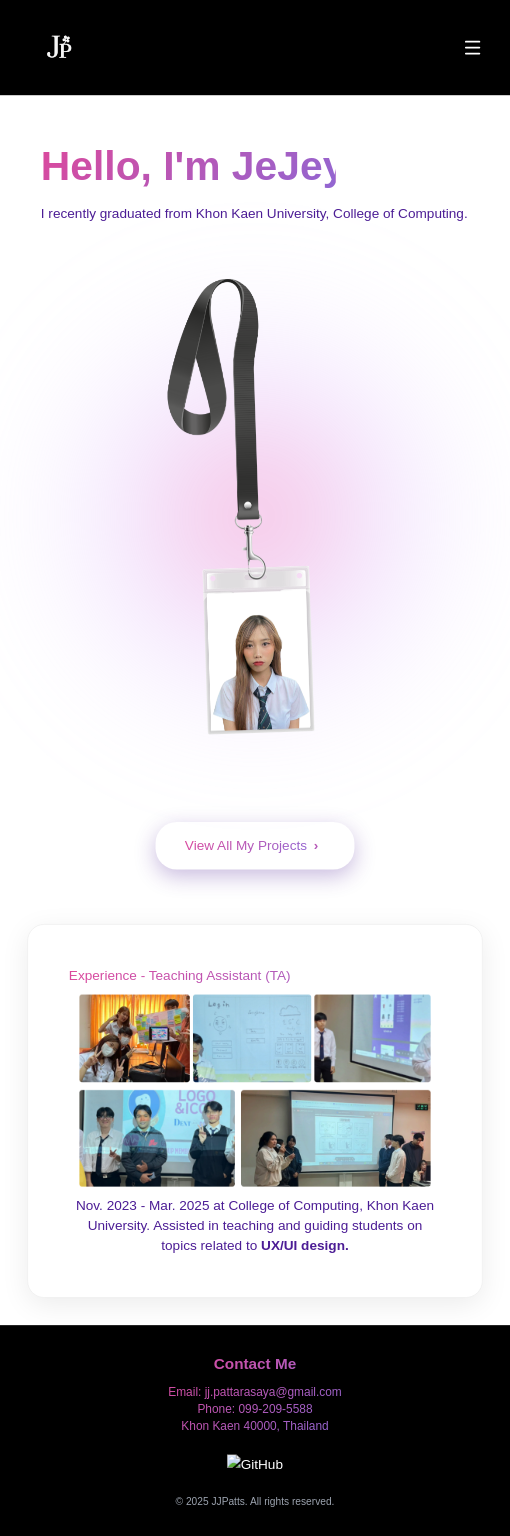
Repository: PattarasayaJJ/Portfolio-jjpatts
Page: /
An editor plug-in stored every save of this project. The page is shown before and after the next save, followed by the edit.
The browser window is 600 px wide. The pictures show the whole page, at 85% of full size.
The project was rebuilt for these pictures with package versions that can differ from the ones it lists, and the page was loaded fresh each time. Also part of the build but not shown: vite.config.js, vite.config.ts, src/header.css, src/work.css, src/components/Works.jsx, src/components/Aboutme.jsx.

Above is the page before, as saved 2025-08-03 23:17:15.

### index.html
<!doctype html>
<html lang="en">
  <head>
    <meta charset="UTF-8" />
    <link rel="icon" type="image/svg+xml" href="/JPtab.png" />
    <meta name="viewport" content="width=device-width, initial-scale=1.0" />
    <title>JJPatts Portfolio</title>
  </head>
  <body>
    <div id="root"></div>
    <script type="module" src="/src/index.jsx"></script>
  </body>
</html>

### src/index.css
@import 'tailwindcss/base';
@import 'tailwindcss/components';
@import 'tailwindcss/utilities';
@import url('https://fonts.googleapis.com/css2?family=Kanit:wght@400;700&display=swap');

*{
   font-family: 'Kanit', sans-serif;

}

### src/App.jsx
import React from 'react';
import { BrowserRouter as Router, Routes, Route } from 'react-router-dom';
import { Header } from './components/Header';
import { Hero } from './components/Hero';
import { Works } from './components/Works';
import { Aboutme } from './components/Aboutme' ;
import { Footer } from './components/Footer';
export function App() {
  return (
    <Router>
      <div className="w-full min-h-screen bg-white">
        <Header />
        <main className="w-full">
          <Routes>
            <Route path="/" element={<><Hero /> </>} />
            <Route path="/works" element={<><Works /></>}/>
            <Route path="/aboutme" element={<Aboutme />} />


          </Routes>
        </main>
        <Footer />

      </div>
    </Router>
  );
}

### src/components/Header.jsx
import React, { useState } from 'react';
import { Link, useLocation } from 'react-router-dom';
import { MenuIcon, XIcon } from 'lucide-react';
import '../header.css';

export function Header() {
  const [isMenuOpen, setIsMenuOpen] = useState(false);
  const location = useLocation();

  const isActive = (path) => location.pathname === path;

  return (
    <header className="w-full bg-black py-4 px-8 relative">
      <div className="max-w-7xl mx-auto flex justify-between items-center">
        <Link to="/">
          <div className="flex items-center">
            <img src="/JP.png" alt="logo" className="w-20" />
          </div>
        </Link>

        <nav className="hidden md:flex space-x-8">
          <Link
            to="/"
            className={`font-medium px-8 py-2 rounded-full ${
              isActive('/') ? 'bg-white text-purple-600' : 'gradient-text'
            }`}
            style={isActive('/') ? { color: '#4c1d95' } : {}}
          >
            Home
          </Link>
          <Link
            to="/works"
            className={`font-medium px-8 py-2 rounded-full ${
              isActive('/works') ? 'bg-white text-purple-600' : 'gradient-text'
            }`}
            style={isActive('/works') ? { color: '#4c1d95' } : {}}
          >
            My Projects
          </Link>
          <Link
            to="/aboutme"
            className={`font-medium px-8 py-2 rounded-full ${
              isActive('/aboutme') ? 'bg-white text-purple-600' : 'gradient-text'
            }`}
            style={isActive('/aboutme') ? { color: '#4c1d95' } : {}}
          >
            About me
          </Link>
        </nav>

        <button className="md:hidden text-white" onClick={() => setIsMenuOpen(!isMenuOpen)}>
          {isMenuOpen ? <XIcon size={24} /> : <MenuIcon size={24} />}
        </button>
      </div>

      <div
        className={`
          fixed top-0 right-0 w-64 h-full bg-black z-50 transform transition-transform duration-300 ease-in-out
          ${isMenuOpen ? 'translate-x-0' : 'translate-x-full'}
          md:hidden
        `}
      >
        <div className="p-6">
          <button className="text-white mb-8" onClick={() => setIsMenuOpen(false)}>
            <XIcon size={24} />
          </button>
          <nav className="flex flex-col space-y-6">
            <Link
              to="/"
              className={`font-medium px-6 py-2 rounded-full block text-center ${
                isActive('/') ? 'bg-white text-purple-600' : 'gradient-text'
              }`}
              style={isActive('/') ? { color: '#4c1d95' } : {}}
              onClick={() => setIsMenuOpen(false)}
            >
              Home
            </Link>
            <Link
              to="/works"
              className={`font-medium px-6 py-2 rounded-full block text-center ${
                isActive('/works') ? 'bg-white text-purple-600' : 'gradient-text'
              }`}
              style={isActive('/works') ? { color: '#4c1d95' } : {}}
              onClick={() => setIsMenuOpen(false)}
            >
              My Projects
            </Link>
            <Link
              to="/aboutme"
              className={`font-medium px-6 py-2 rounded-full block text-center ${
                isActive('/aboutme') ? 'bg-white text-purple-600' : 'gradient-text'
              }`}
              style={isActive('/aboutme') ? { color: '#4c1d95' } : {}}
              onClick={() => setIsMenuOpen(false)}
            >
              About me
            </Link>
          </nav>
        </div>
      </div>

      {isMenuOpen && (
        <div
          className="fixed inset-0 bg-black bg-opacity-50 z-40 md:hidden"
          onClick={() => setIsMenuOpen(false)}
        />
      )}
    </header>
  );
}

### src/components/Hero.jsx
import React from 'react';
import '../hero.css';
import { Link } from 'react-router-dom';

export const Hero = () => {
  return (
    <>
      <section className="hero-section">
        <div className="hero-container">
          <div className="hero-left">
            <div className="hero-text-box">
              <span className="hero-name typing gradient-text">Hello, I'm JeJey.</span>
              <p className="hero-quote">
                I recently graduated from Khon Kaen University, College of Computing.
              </p>
            </div>


          </div>

          <div className="hero-left">
            <div className="hero-image-wrapper">
              <img
                src="/card1.png"
                alt="Portfolio character illustration"
                className="hero-main-image"
              />
            </div>
          </div>
        </div>

         <Link
              to="/works"
              className="moreproject"
              onClick={() => window.scrollTo({ top: 0, behavior: 'instant' })}
            >
              <span className="gradient-text">View All My Projects</span>
              <span className="arrow-icon gradient-text">›</span>
            </Link>
      </section>

      <section className="hero-section">
        <div className="final-project-card-ex">
          <h2 className="final-project-title gradient-text">
            Experience - Teaching Assistant (TA)
          </h2>
          <div className="final-project-content">
            <div className="final">
              <img
                src="/ta.png"
                alt="TA Presentation"
                className="bottom-image"
              />
            </div>
            <p className="bottom-caption">
              Nov. 2023 - Mar. 2025 at College of Computing, Khon Kaen University.
              Assisted in teaching and guiding students on topics related to{' '}
              <span className="uxui">UX/UI design.</span>
            </p>
          </div>
        </div>
      </section>
    </>
  );
};

### src/components/Footer.jsx
import React from 'react';

export function Footer() {
  return (
    <footer className="w-full bg-black text-white py-8 px-8">
  <div className="max-w-7xl mx-auto flex flex-col md:flex-row justify-between items-center space-y-6 md:space-y-0">

        <div className="text-center md:text-left gradient-text ">
          <h2 className="text-lg font-semibold">Contact Me</h2>
          <p className="text-sm mt-2">Email: jj.pattarasaya@gmail.com</p>
          <p className="text-sm">Phone: 099-209-5588</p>
          <p className="text-sm">Khon Kaen 40000, Thailand</p>

        </div>

        <div className="flex space-x-4 ">
        <a href="https://github.com/PattarasayaJJ" target="_blank" rel="noopener noreferrer">
        <img src="https://github.githubassets.com/favicons/favicon.png" alt="GitHub" />

  </a>

        </div>
      </div>

      <div className="text-center text-xs text-gray-400 mt-6 ">
        © {new Date().getFullYear()} JJPatts. All rights reserved.
      </div>
    </footer>
  );
}

### src/hero.css
.hero-section {
  max-width: 80rem;
    margin: 0 auto;
    padding: 2rem;
}

.hero-container {
  max-width: 80rem;
  margin: 0 auto;
  display: flex;
  flex-direction: column;
  gap: 2rem;
  justify-content: space-between;
  align-items: center;
}

.hero-image-wrapper {
  position: relative;
  z-index: 10;
  overflow: visible;
}

.moreproject {
   width: fit-content;
  height: 3.5rem;
  border-radius: 25px;
  display: flex;
  align-items: center;
  justify-content: center;
  font-size: 1rem;
  cursor: pointer;
  transition: all 0.3s ease;
  text-decoration: none;
  margin: 4rem auto 0;
  box-shadow: 0 8px 25px rgba(76, 29, 149, 0.3);
  padding: 0 2rem;
  border: 2px solid transparent;
  position: relative;
  overflow: hidden;
  animation: pulseMove 2s ease-in-out infinite;
}

.moreproject:hover {
  background-color: black;
  transform: scale(1.08);
}

.arrow-icon {
  padding: 0.5rem;
  font-weight: bold;
}

@keyframes gradientShift {
  0% {
    background: radial-gradient(
      circle at center,
      rgba(244, 114, 182, 0.5),
      rgba(216, 180, 255, 0.3),
      transparent 70%
    );
  }
  50% {
    background: radial-gradient(
      circle at center,
      rgba(129, 140, 248, 0.5),
      rgba(216, 180, 255, 0.4),
      transparent 70%
    );
  }
  100% {
    background: radial-gradient(
      circle at center,
      rgba(244, 114, 182, 0.5),
      rgba(216, 180, 255, 0.3),
      transparent 70%
    );
  }
}


.hero-image-wrapper::before {
  content: "";
  position: absolute;
  top: 50%;
  left: 50%;
  width: 150%;
  height: 150%;
  transform: translate(-50%, -50%);
  filter: blur(80px);
  z-index: 5;
  pointer-events: none;
  animation: gradientShift 5s ease-in-out infinite;
}



.hero-left {
  position: relative;
  width: 100%;
}

@media (min-width: 768px) {

  .hero-container {
    flex-direction: row;
  }
  .hero-left {
    width: 50%;
  }
  .final-project-card-ex {
   background: #ffffff;
  border-radius: 20px;
  padding: 3rem;
  box-shadow: 0 8px 32px rgba(0, 0, 0, 0.08);
  border: 1px solid #f0f0f0;
  display: flex;
  flex-direction: column;

}
  .hero-right {
    width: 50%;
    text-align: right;
  }
}





.hero-text-box {
  color: #4c1d95;
  max-width: 36rem;
  margin-left: auto;
}



.hero-quote {
  font-size: 1.125rem;
  margin-bottom: 1rem;

}

.hero-name {
  font-weight: 700;
  margin-top: 1rem;


}




@keyframes swingImage {
  0% {
    transform: rotate(0deg);
  }
  25% {
    transform: rotate(-3deg);
  }
  50% {
    transform: rotate(0deg);
  }
  75% {
    transform: rotate(3deg);
  }
  100% {
    transform: rotate(0deg);
  }
}

.hero-main-image {
  width: 100%;
  max-width: 28rem;
  margin: 0 auto;
  position: relative;
  z-index: 20;
  animation: swingImage 5s ease-in-out infinite;
  transform-origin:center;
}


@media (max-width: 767px) {
  .hero-image-wrapper::before {
    width: 100%;
    height: 100%;
    filter: blur(60px);
  }
  .hero-main-image {
    width: 90%;
    max-width: 20rem;
  }

  .hero-text-box {
    max-width: 100%;
    margin-left: 0;
    padding: 0 1rem;
  }
  .hero-quote {
    font-size: 1rem;

  }

  .bottom-caption {
    font-size: 1rem;
    color: #4c1d95;
    align-self: center;
    text-align: center;

  }
  .uxui{
    font-size: 1rem;
    color: #4c1d95;
    text-align: center;
    line-height: 1.5;
    font-weight: bold;

  }
  .final-project-card-ex {
  background: #ffffff;
  border-radius: 20px;
  padding: 3rem;
  box-shadow: 0 8px 32px rgba(0, 0, 0, 0.08);
  border: 1px solid #f0f0f0;
  display: flex;
  flex-direction: column;
  }
  .interest{
    list-style: none;
    color: #4c1d95;

  }
  li{
    font-size: 1rem;
    color: #4d1d95a2;
    line-height: 1.8rem;

  }

}







  @media (min-width: 768px) {
    .experience-title {
      text-align: left;
      font-size: 1.5rem;
    }
  }



  @media (min-width: 768px) {
    .bottom-image {
      width:400px;
      max-width: 700px;
      border-radius: 1rem;
    }


    .bottom-caption {
      font-size: 1.125rem;
      color: #4c1d95;
      align-self: center;
      text-align: center;

    }
    .uxui{
      font-size: 1.125rem;
      color: #4c1d95;
      text-align: center;
      line-height: 1.5;
      font-weight: bold;

    }
  }



  .hero-name{
    font-size: 3rem;
  }

  .typing {
    display: inline-block;
    overflow: hidden;
    white-space: nowrap;
    animation: typing 2s steps(13) forwards;
  }

  @keyframes typing {
    from { width: 0 }
    to { width: 13ch }
  }

### src/aboutme.css
.about-container {
  max-width: 1200px;
  margin: 0 auto;
  padding: 2rem 1rem;
  background-color: #ffffff;
}

.breadcrumb {
  margin-bottom: 1rem;
  font-size: 1rem;
  color: #4B5563;
  display: flex;
  align-items: center;
}

.breadcrumb-link {
  color: #4B5563;
  text-decoration: none;
}

.breadcrumb-link:hover {
  text-decoration: underline;
}


.breadcrumb-separator {
  margin: 0 0.5rem;
}

.breadcrumb-current {
  font-weight: bold;
  color: #4c1d95;
}

.about-content {
  display: grid;
  grid-template-columns: 1fr 2fr;
  gap: 3rem;
  align-items: start;
}

.profile-section {
  display: flex;
  flex-direction: column;
  gap: 2rem;
}

.profile-card {
  background: #ffffff;
  border-radius: 20px;
  padding: 1rem;
  box-shadow: 0 8px 32px rgba(0, 0, 0, 0.08);
  border: 1px solid #f0f0f0;
  text-align: center;
}

.avatar-container {
  display: flex;
  flex-direction: column;
  align-items: center;
}

.avatar-wrapper {
  width: 200px;
  height: 200px;
  transition: transform 0.3s ease;
}

.avatar-wrapper:hover {
  transform: scale(1.05);
}

.avatar-img {
  width: 100%;
  height: 100%;
  object-fit: contain;
}

.profile-name {
  font-size: 1.5rem;
  color: #4c1d95;
  margin: 0;
}

.profile-title {
  font-size: 1rem;
  color: #6b46c1;
  margin: 0;
}

.email {
  font-size: 1rem;
  color: #6b7280;
  margin-bottom: 10px;
}

.social-icons {
  display: flex;
  justify-content: center;
  gap: 1rem;
}

.social-link {
  display: flex;
  align-items: center;
  justify-content: center;
  width: 40px;
  height: 40px;
  box-shadow: 0 8px 32px rgba(0, 0, 0, 0.08);
  border-radius: 50%;
  transition: all 0.3s ease;
}

.social-link:hover {
  transform: translateY(-2px);
  box-shadow: 0 4px 12px rgba(107, 70, 193, 0.3);
}

.social-icons img {
  width: 20px;
  height: 20px;
}

.education-card {
  background: #ffffff;
  border-radius: 20px;
  padding: 2rem;
  box-shadow: 0 8px 32px rgba(0, 0, 0, 0.08);
  border: 1px solid #f0f0f0;
}

.education-content {
  margin-top: 1rem;
}

.degree {
  font-size: 1rem;
  color: #4c1d95;
  margin: 0 0 0.5rem 0;
}

.university {
  font-size: 1rem;
  color: #4c1d95;
  margin: 0 0 0.25rem 0;
}

.graduation {
  font-size: 0.9rem;
  color: #6b7280;
  margin: 0;
}

.skills-section {
  display: flex;
  flex-direction: column;
}

.skills-grid {
  display: grid;
  grid-template-columns: 1fr;
  gap: 2rem;
}

.skill-category {
  background: #ffffff;
  border-radius: 20px;
  padding: 2rem;
  box-shadow: 0 8px 32px rgba(0, 0, 0, 0.08);
  border: 1px solid #f0f0f0;
  border-left: 5px solid #ffdff3;
}

.section-title,
.category-title {
  font-size: 1rem;
  margin: 0 0 1.5rem 0;
  display: flex;
  align-items: center;
}

.gradient-text {
  background: linear-gradient(135deg, #DD489B, #9067D3);
  -webkit-background-clip: text;
  -webkit-text-fill-color: transparent;
  background-clip: text;
}

.skills-list {
  display: flex;
  flex-wrap: wrap;
  gap: 0.75rem;
}

.skill-tag {
  background: linear-gradient(135deg, #e5d4ff, #f3e8ff);
  color: #6b46c1;
  padding: 0.5rem 1rem;
  border-radius: 20px;
  font-size: 0.8rem;
  border: 1px solid #e5d4ff;
  transition: all 0.3s ease;
  cursor: default;
}

.skill-tag:hover {
  background: linear-gradient(135deg, #ddd6fe, #e5d4ff);
  transform: translateY(-2px);
  box-shadow: 0 4px 12px rgba(107, 70, 193, 0.2);
}

@media (max-width: 1024px) {
  .about-content {
    grid-template-columns: 1fr;
    gap: 2rem;
  }

  .skills-grid {
    grid-template-columns: repeat(2, 1fr);
  }
}

@media (max-width: 768px) {
  .about-container {
    padding: 1.5rem 1rem;
  }

  .about-content {
    gap: 1.5rem;
  }

  .skills-grid {
    grid-template-columns: 1fr;
    gap: 1.5rem;
  }

  .profile-card,
  .education-card,
  .skill-category {
    padding: 1.5rem;
  }

  .avatar-wrapper {
    width: 150px;
    height: 150px;
  }

  .profile-name {
    font-size: 1.25rem;
  }

  .profile-title {
    font-size: 0.9rem;
  }

  .section-title,
  .category-title {
    font-size: 1.1rem;
  }

  .skill-tag {
    font-size: 0.8rem;
    padding: 0.4rem 0.8rem;
  }
}

@media (max-width: 480px) {

  .profile-card,
  .education-card,
  .skill-category {
    padding: 1.25rem;
  }

  .avatar-wrapper {
    width: 120px;
    height: 120px;
  }

  .profile-name {
    font-size: 1rem;
  }

  .skills-list {
    gap: 0.5rem;
  }

  .skill-tag {
    font-size: 0.75rem;
    padding: 0.35rem 0.7rem;
  }
}

Loaded but not shown: src/index.jsx (common file); tailwind.config.js (common file)

After the next save:
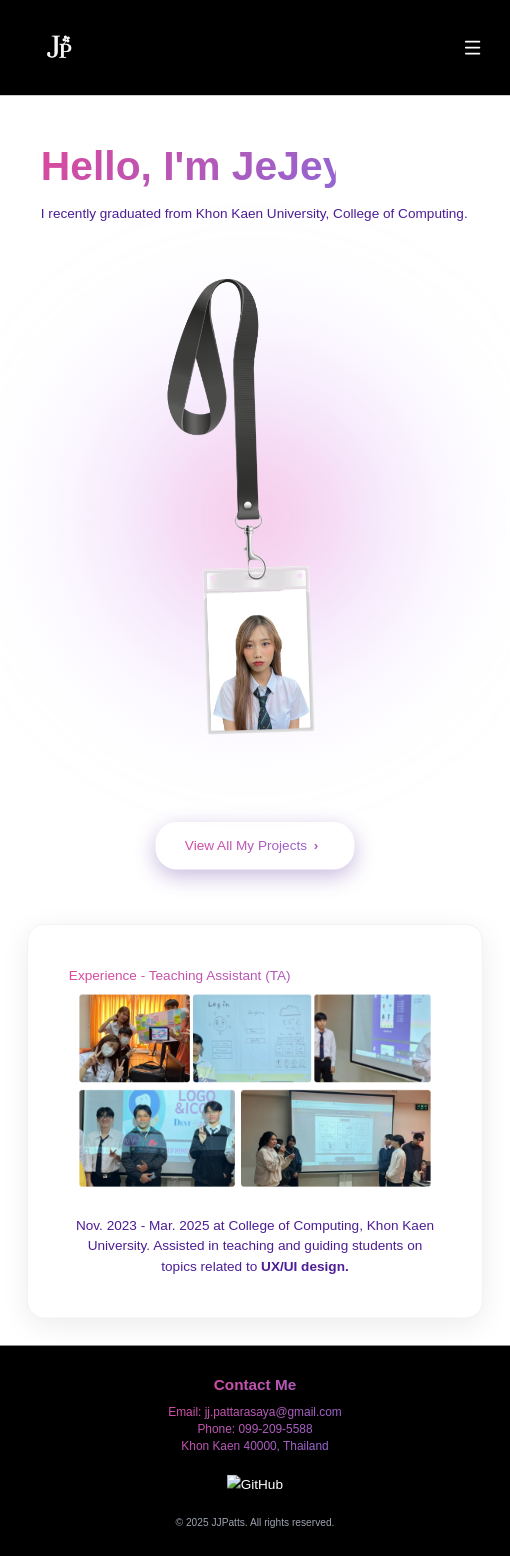
Saved 22 s later.
--- a/src/hero.css
+++ b/src/hero.css
@@ -179,6 +179,33 @@
   transform-origin:center;
 }
 
+.final-project-content {
+  display: flex;
+  align-items: center;
+  gap: 2rem;
+}
+
+.final {
+  flex-shrink: 0;
+}
+
+.bottom-caption {
+  flex: 1;
+  text-align: left;
+}
+
+/* Mobile responsive */
+@media (max-width: 767px) {
+  .final-project-content {
+    flex-direction: column;
+    gap: 1.5rem;
+  }
+
+  .bottom-caption {
+    text-align: center;
+  }
+}
+
 
 @media (max-width: 767px) {
   .hero-image-wrapper::before {
